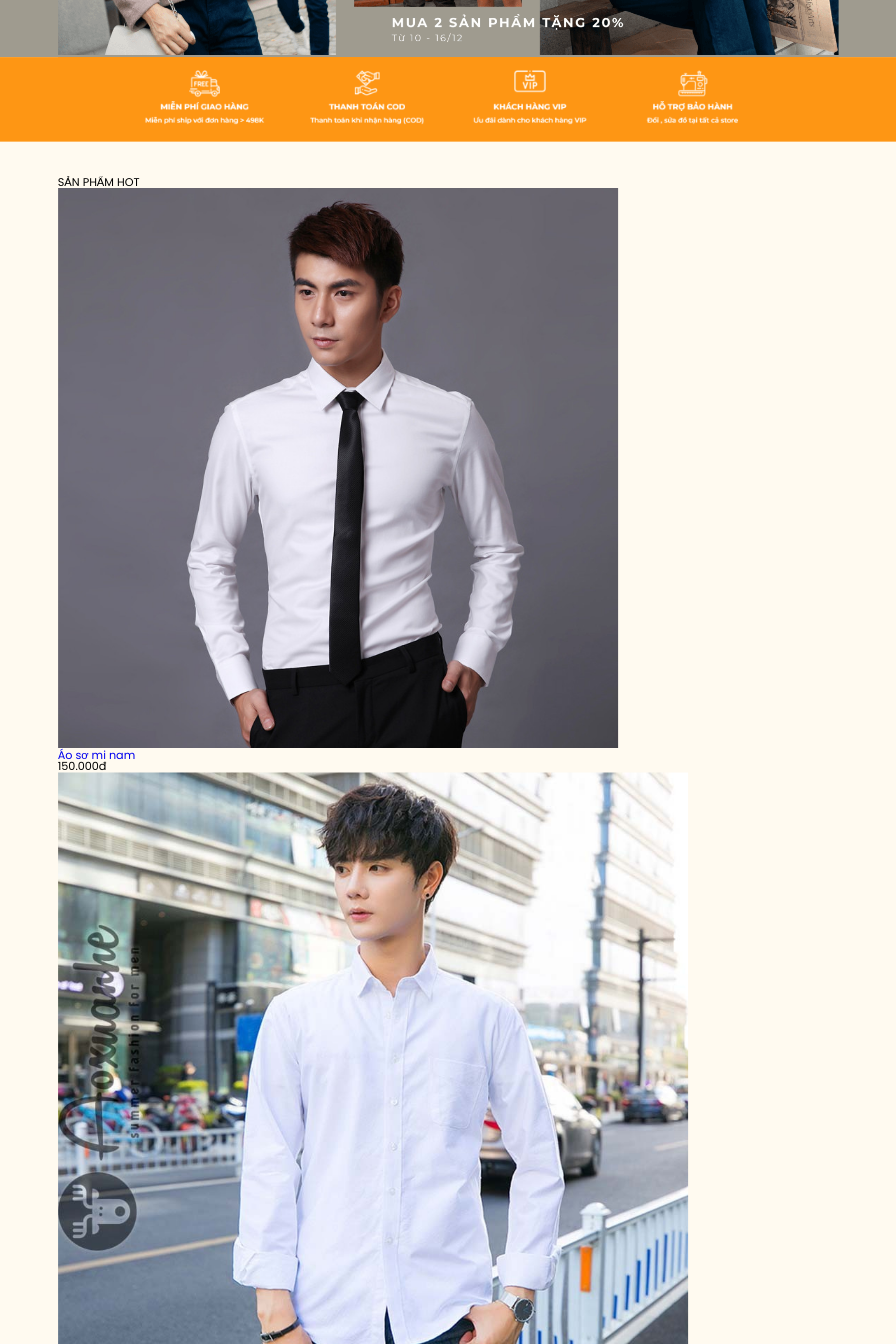
Repository: cuongchua2k2/BaiTapLon-web
Page: index.html
An editor plug-in stored every save of this project. The page is shown before and after the next save, followed by the edit.
The browser window is 1280 px wide. The pictures show the part of the page from y = 602 to 2522 px (the page is 5312 px tall before and 5328 px after), at 70% of full size.

Above is the page before, as saved 2023-12-06 18:50:15.

### index.html
<!DOCTYPE html>
<html lang="en">
  <head>
    <meta charset="UTF-8" />
    <meta name="viewport" content="width=device-width, initial-scale=1.0" />
    <!-- reset css -->
    <link rel="stylesheet" href="./assets/css/reset.css" />
    <!-- style css -->
    <link rel="stylesheet" href="./assets/css/style.css" />
    <!-- icon -->
    <link
      rel="stylesheet"
      href="https://cdnjs.cloudflare.com/ajax/libs/font-awesome/4.7.0/css/font-awesome.min.css"
    />
    <!-- font  -->
    <link rel="stylesheet" href="./assets/font/stylesheet.css" />
    <title>Bài tập lớn - shop bán quần áo</title>
  </head>
  <body>
    <!-- header -->
    <header>
      <div id="header">
        <div class="content">
          <!-- header-nav -->
          <div class="nav">
            <div class="nav__logo">
              <a href="/"><span class="logo__content">CTNN</span></a>
            </div>
            <!-- search -->
            <div class="nav__search">
              <p class="nav__desc">Tất cả</p>
              <input
                type="text"
                class="nav__txtsearch"
                placeholder="Tìm sản phẩm bạn mong muốn..."
              />
              <button class="nav__btn--search">
                <i class="fa fa-search" style="font-size: 20px"></i>
              </button>
            </div>
            <!-- login -->
            <div class="login">
              <i
                class="fa fa-user-o"
                style="font-size: 24px; color: #fff; margin-right: 5px"
              ></i>
              <a href="#!" class="btn btn-login">Đăng nhập</a>
              <span style="color: #fff">/</span>
              <a href="#!" class="btn btn-create">Đăng ký</a>
            </div>
          </div>
        </div>
      </div>
      <!-- navbar -->
      <div class="navbar">
        <div class="content navbar__content">
          <ul class="navbar__lv1">
            <li>
              <a href="/" class="active lv1__item">Trang chủ</a>
            </li>
            <li class="lv2">
              <a href="#!" class="lv1__item">Thời trang nam</a>
              <i class="fa fa-sort-desc arrow"></i>
              <ul class="navbar__lv2">
                <li>
                  <a href="#!" class="lv1__item">Sơ mi nam</a>
                </li>
                <li>
                  <a href="#!" class="lv1__item">Quần âu nam</a>
                </li>
                <li>
                  <a href="#!" class="lv1__item">Quần short nam</a>
                </li>
              </ul>
            </li>
            <li>
              <a href="#!" class="lv1__item">Bé trai</a>
            </li>
            <li>
              <a href="#!" class="lv1__item">Bé gái</a>
            </li>
            <li>
              <a href="#!" class="lv1__item">Tin tức</a>
            </li>
            <li>
              <a href="#!" class="lv1__item">Liên hệ</a>
            </li>
          </ul>
          <div class="horizontal"></div>
          <a href="tel:0345723186" class="hotline">
            <i class="fa fa-phone" style="font-size: 24px; color: #1c5b41"></i>
            <span class="hotline__desc">Hotline: 0345723186</span>
          </a>
        </div>
      </div>
    </header>
    <!-- main -->
    <main>
      <!-- banner -->
      <div class="banner">
        <div class="content">
          <div class="banner__list">
            <img
              src="./assets/img/banner.png"
              alt="banner"
              class="banner__image"
            />
          </div>
        </div>
      </div>
      <!-- sale -->
      <div class="sale">
        <div class="content">
          <img src="./assets/img/sale.png" alt="sale" class="sale__image" />
        </div>
      </div>
      <!-- product hot -->
      <section class="product-hot">
        <div class="content">
          <h2 class="title-section">SẢN PHẨM HOT</h2>
          <div class="product__list">
            <!-- item 1 -->
            <div class="product__item">
              <a href="#!">
                <figure>
                  <img
                    src="./assets/img/ao-nam/20170217_0427bfbc9d71640bab001de0b67f8d7b_1487266014.jpg"
                    alt=""
                    class="product__image"
                  />
                  <figcaption class="product__desc">Áo sơ mi nam</figcaption>
                </figure>
              </a>
              <div class="price">
                <span>150.000đ</span>
              </div>
            </div>
            <!-- item 2 -->
            <div class="product__item">
              <a href="#!">
                <figure>
                  <img
                    src="./assets/img/ao-nam/ao-so-mi-nam-cong-so-trang-dep.jpg"
                    alt=""
                    class="product__image"
                  />
                  <figcaption class="product__desc">Áo sơ mi nam</figcaption>
                </figure>
              </a>
              <div class="price">
                <span>150.000đ</span>
              </div>
            </div>
            <!-- item 3 -->
            <div class="product__item">
              <a href="#!">
                <figure>
                  <img
                    src="./assets/img/ao-nam/ao_so_mi_nam_trang_gan_noi_0d10.jpg"
                    alt=""
                    class="product__image"
                  />
                  <figcaption class="product__desc">Áo sơ mi nam</figcaption>
                </figure>
              </a>
              <div class="price">
                <span>150.000đ</span>
              </div>
            </div>
            <!-- item 4 -->
            <div class="product__item">
              <a href="#!">
                <figure>
                  <img
                    src="./assets/img/ao-nam/mau-ao-so-mi-nam-trang-caro-dep-tai-TPHCM-Mon-Amie-2638.jpg"
                    alt=""
                    class="product__image"
                  />
                  <figcaption class="product__desc">Áo sơ mi nam</figcaption>
                </figure>
              </a>
              <div class="price">
                <span>150.000đ</span>
              </div>
            </div>
            <!-- item 5 -->
            <div class="product__item">
              <a href="#!">
                <figure>
                  <img
                    src="./assets/img/ao-nam/nhung-mau-ao-so-mi-nam-caro-nam-dep-nhat-hien-nay-tai-4men-news-235.jpg"
                    alt=""
                    class="product__image"
                  />
                  <figcaption class="product__desc">Áo sơ mi nam</figcaption>
                </figure>
              </a>
              <div class="price">
                <span>150.000đ</span>
              </div>
            </div>
          </div>
        </div>
      </section>
    </main>
    <!-- footer -->
    <footer></footer>
  </body>
</html>

### assets/css/style.css
:root {
  --primary-color: #fe9614;
}

* {
  box-sizing: border-box;
}

html,
body {
  scroll-behavior: smooth;
}

html {
  font-size: 62.5%;
}

body {
  font-family: "Poppins", sans-serif;
  font-size: 1.6rem;
  height: 5000px;
}

/* =====================common ======================*/

a {
  text-decoration: none;
}

.content {
  width: 1115px;
  margin: 0px auto;
}

.btn {
  text-decoration: none;
  color: #fff;
  font-size: 1.4rem;
  font-weight: 400;
}

.btn:hover {
  opacity: 0.7;
  color: var(--primary-color);
}

/* =====================header========================= */

/* =========== header nav===============*/

header {
  position: sticky;
  top: 0;
  z-index: 1;
}

#header {
  padding: 22px 0;
  background-color: #1c5b41;
}

.nav {
  display: flex;
  justify-content: space-between;
  align-items: center;
}

.logo__content {
  font-size: 5rem;
  font-weight: 600;
  color: var(--primary-color);
}

.nav__search {
  height: 45px;
  width: 500px;
  padding: 4px 0;
  display: flex;
  justify-content: space-between;
  align-items: center;
  background-color: #fff;
  border-radius: 999px;
}

.nav__desc {
  opacity: 0.7;
  padding: 13px 38px;
  font-size: 1.4rem;
  color: #212529;
  font-weight: 400;
  border-right: 1px solid #e5e5e5;
}

.nav__txtsearch {
  width: 300px;
  height: 40px;
  padding: 15px;
  border: none;
}

.nav__btn--search {
  cursor: pointer;
  height: 44px;
  width: 60px;
  border-radius: 0 40px 40px 0;
  color: #fff;
  background: var(--primary-color);
  border: var(--primary-color);
}

.nav__btn--search:hover {
  background-color: #fff;
  color: var(--primary-color);
}

.login {
  display: flex;
  align-items: center;
}

.btn-login,
.btn-create {
  padding: 8px 4px;
}

/* ===========navbar=============== */

.navbar {
  background-color: #fffaf0;
  padding: 5px 10px;
  height: 60px;
}

.navbar__content {
  display: flex;
  align-items: center;
  justify-content: space-between;
  line-height: 60px;
}

.horizontal {
  height: 25px;
  opacity: 0.7;
  width: 1px;
  background-color: #212529;
  margin-left: auto;
}

.navbar__lv1 {
  display: flex;
}

.lv1__item {
  padding: 15px 20px;
  font-weight: 600;
  font-size: 1.5rem;
  color: #1c5b41;
}

.lv1__item:hover {
  color: var(--primary-color);
}

.hotline {
  display: flex;
  align-items: center;
  margin-left: 40px;
}

.hotline__desc {
  margin-left: 10px;
  font-weight: 600;
  font-size: 1.5rem;
  color: #1c5b41;
}

.hotline__desc:hover {
  color: var(--primary-color);
}

.lv2 {
  position: relative;
}

.navbar__lv2 {
  display: none;
  margin-top: -5px;
  position: absolute;
  background-color: #fff;
  min-width: 200px;
  transform: perspective(600px) rotateX(0deg);
  z-index: 1;
}

.navbar__lv2 > li:not(:first-child) {
  border-top: 1px solid #666;
}

.navbar__lv2 > li > .lv1__item {
  display: inline-block;
  padding: 0 30px;
}

.lv2:hover .navbar__lv2 {
  display: block;
}

.arrow {
  position: absolute;
  top: 20px;
  right: 6px;
}

.lv1__item.active {
  color: var(--primary-color);
  border-bottom: 3px solid var(--primary-color);
}

/* ======================================main================== */

/* ==================banner================ */

.banner {
  background-color: #9f9b8f;
}

.banner__image {
  width: 100%;
  object-fit: cover;
}

/* sale */

.sale {
  background-color: var(--primary-color);
}

.sale__image {
  width: 100%;
}

/* ===============product-hot============== */

.product-hot {
  padding: 50px 0;
  background-color: #fffaf0;
}

### assets/font/stylesheet.css
@font-face {
    font-family: 'Poppins';
    src: url('Poppins-Black.woff2') format('woff2'),
        url('Poppins-Black.woff') format('woff');
    font-weight: 900;
    font-style: normal;
    font-display: swap;
}

@font-face {
    font-family: 'Poppins';
    src: url('Poppins-Bold.woff2') format('woff2'),
        url('Poppins-Bold.woff') format('woff');
    font-weight: bold;
    font-style: normal;
    font-display: swap;
}

@font-face {
    font-family: 'Poppins';
    src: url('Poppins-BlackItalic.woff2') format('woff2'),
        url('Poppins-BlackItalic.woff') format('woff');
    font-weight: 900;
    font-style: italic;
    font-display: swap;
}

@font-face {
    font-family: 'Poppins';
    src: url('Poppins-BoldItalic.woff2') format('woff2'),
        url('Poppins-BoldItalic.woff') format('woff');
    font-weight: bold;
    font-style: italic;
    font-display: swap;
}

@font-face {
    font-family: 'Poppins';
    src: url('Poppins-ExtraLightItalic.woff2') format('woff2'),
        url('Poppins-ExtraLightItalic.woff') format('woff');
    font-weight: 200;
    font-style: italic;
    font-display: swap;
}

@font-face {
    font-family: 'Poppins';
    src: url('Poppins-ExtraBoldItalic.woff2') format('woff2'),
        url('Poppins-ExtraBoldItalic.woff') format('woff');
    font-weight: bold;
    font-style: italic;
    font-display: swap;
}

@font-face {
    font-family: 'Poppins';
    src: url('Poppins-ExtraBold.woff2') format('woff2'),
        url('Poppins-ExtraBold.woff') format('woff');
    font-weight: bold;
    font-style: normal;
    font-display: swap;
}

@font-face {
    font-family: 'Poppins';
    src: url('Poppins-Italic.woff2') format('woff2'),
        url('Poppins-Italic.woff') format('woff');
    font-weight: normal;
    font-style: italic;
    font-display: swap;
}

@font-face {
    font-family: 'Poppins';
    src: url('Poppins-ExtraLight.woff2') format('woff2'),
        url('Poppins-ExtraLight.woff') format('woff');
    font-weight: 200;
    font-style: normal;
    font-display: swap;
}

@font-face {
    font-family: 'Poppins';
    src: url('Poppins-Regular.woff2') format('woff2'),
        url('Poppins-Regular.woff') format('woff');
    font-weight: normal;
    font-style: normal;
    font-display: swap;
}

@font-face {
    font-family: 'Poppins';
    src: url('Poppins-LightItalic.woff2') format('woff2'),
        url('Poppins-LightItalic.woff') format('woff');
    font-weight: 300;
    font-style: italic;
    font-display: swap;
}

@font-face {
    font-family: 'Poppins';
    src: url('Poppins-SemiBold.woff2') format('woff2'),
        url('Poppins-SemiBold.woff') format('woff');
    font-weight: 600;
    font-style: normal;
    font-display: swap;
}

@font-face {
    font-family: 'Poppins';
    src: url('Poppins-Light.woff2') format('woff2'),
        url('Poppins-Light.woff') format('woff');
    font-weight: 300;
    font-style: normal;
    font-display: swap;
}

@font-face {
    font-family: 'Poppins';
    src: url('Poppins-Medium.woff2') format('woff2'),
        url('Poppins-Medium.woff') format('woff');
    font-weight: 500;
    font-style: normal;
    font-display: swap;
}

@font-face {
    font-family: 'Poppins';
    src: url('Poppins-MediumItalic.woff2') format('woff2'),
        url('Poppins-MediumItalic.woff') format('woff');
    font-weight: 500;
    font-style: italic;
    font-display: swap;
}

@font-face {
    font-family: 'Poppins';
    src: url('Poppins-Thin.woff2') format('woff2'),
        url('Poppins-Thin.woff') format('woff');
    font-weight: 100;
    font-style: normal;
    font-display: swap;
}

@font-face {
    font-family: 'Poppins';
    src: url('Poppins-ThinItalic.woff2') format('woff2'),
        url('Poppins-ThinItalic.woff') format('woff');
    font-weight: 100;
    font-style: italic;
    font-display: swap;
}

@font-face {
    font-family: 'Poppins';
    src: url('Poppins-SemiBoldItalic.woff2') format('woff2'),
        url('Poppins-SemiBoldItalic.woff') format('woff');
    font-weight: 600;
    font-style: italic;
    font-display: swap;
}

Loaded but not shown: assets/css/reset.css (common file)

After the next save:
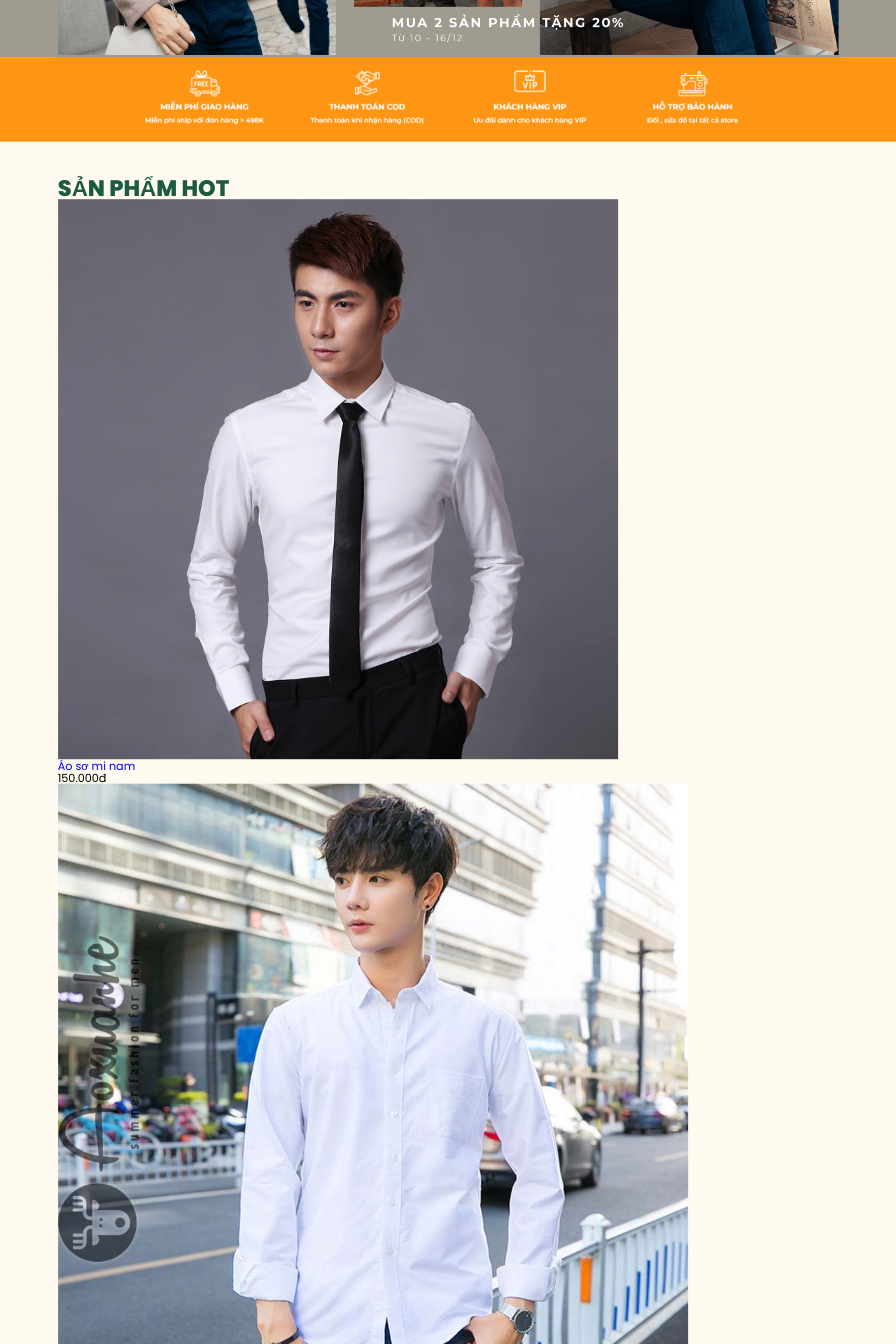
Saved 92 s later.
--- a/assets/css/style.css
+++ b/assets/css/style.css
@@ -245,3 +245,10 @@ header {
   padding: 50px 0;
   background-color: #fffaf0;
 }
+
+.title-section {
+  font-weight: 700;
+  letter-spacing: 0;
+  font-size: 3.2rem;
+  color: #1c5b41;
+}
